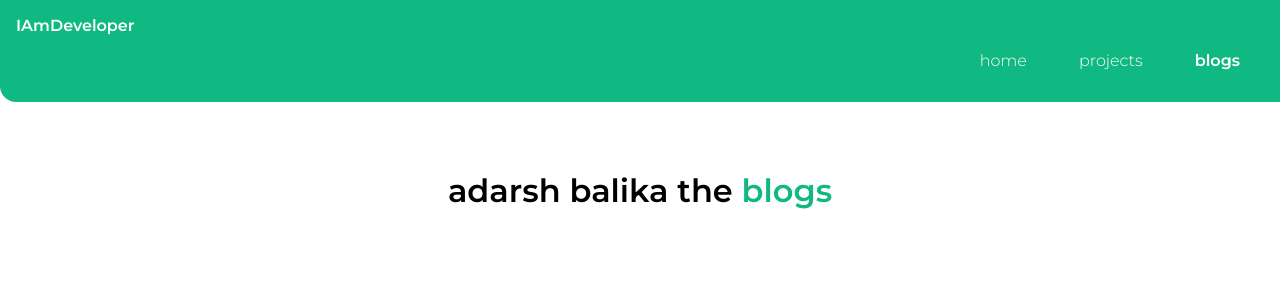
Repository: sohan2503001/Portfolio
Page: blogs.html
The author's editor kept a copy of each file at every save. The page is drawn from the files as they stood at one save, then again after the next save.
The browser window is 1280 px wide. The pictures show the whole page.

Above is the page before, as saved 2021-03-27 19:26:53.

After the next save:
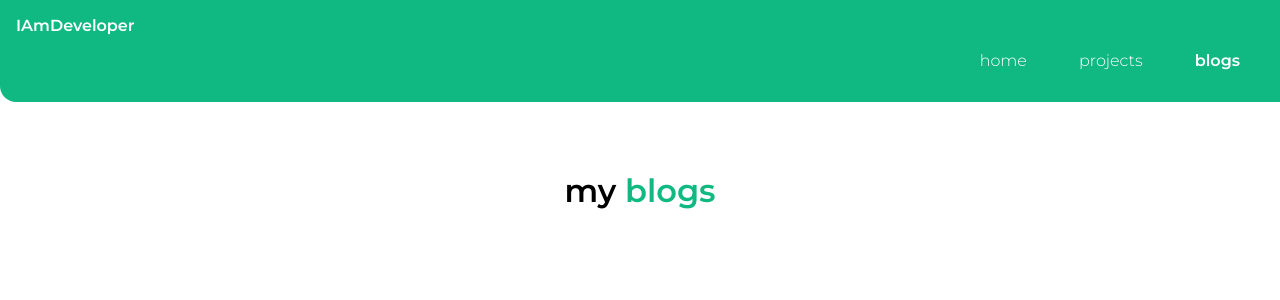
Saved 7 s later.
--- a/blogs.html
+++ b/blogs.html
@@ -24,7 +24,7 @@
 
 
     <header class="hero">
-        <h1 class="hero-heading">adarsh balika the <span class="heading-inverted"> blogs</span></h1>
+        <h1 class="hero-heading">my<span class="heading-inverted"> blogs</span></h1>
     </header>
 </body>
 </html>
